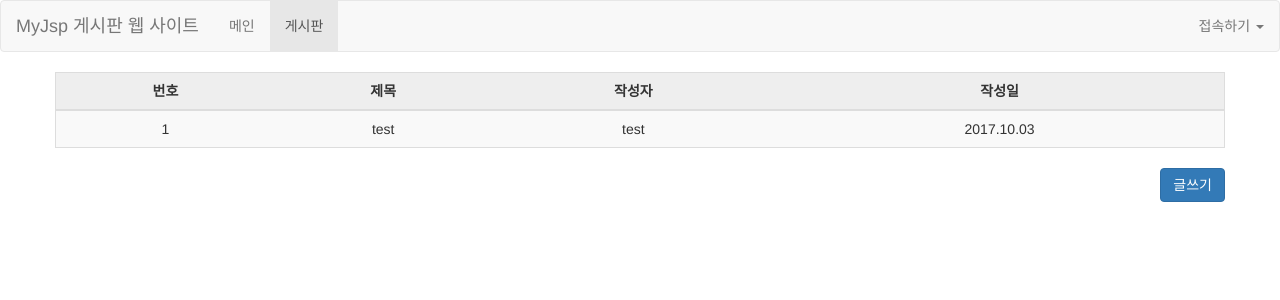
Repository: Ji3un/JspBoard
Page: http://localhost/BBS/write.jsp
These files come from the project's save history. The page is drawn as it stood at one moment and after the next save; the edit follows.
The browser window is 1280 px wide. The pictures show the whole page.
Some web libraries are served in a nearby version. The page is served by Tomcat 9.

Above is the page before, as saved 2017-10-03 12:59:06.

After the next save:
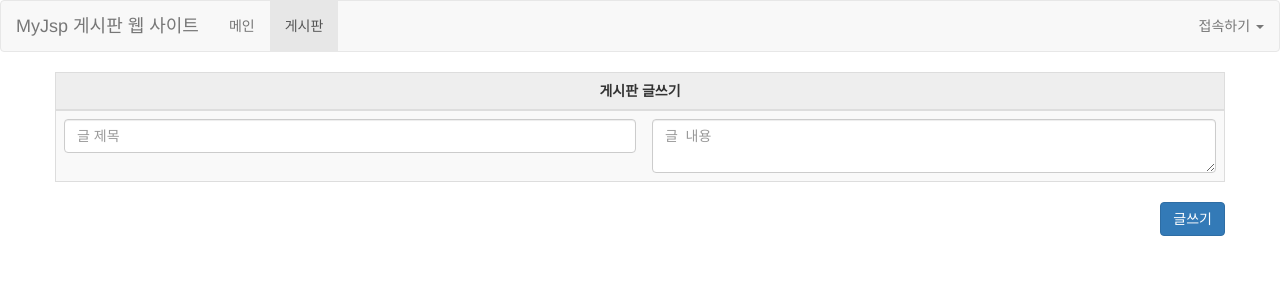
Saved 5 min 9 s later.
--- a/BBS/WebContent/write.jsp
+++ b/BBS/WebContent/write.jsp
@@ -67,18 +67,13 @@
 			<table class="table table-striped" style="text-align:center; border:1px solid #dddddd;">
 				<thead>
 					<tr>
-						<th style="background-color:#eeeeee; text-align:center;">번호</th>
-						<th style="background-color:#eeeeee; text-align:center;">제목</th>
-						<th style="background-color:#eeeeee; text-align:center;">작성자</th>
-						<th style="background-color:#eeeeee; text-align:center;">작성일</th>
+						<th colspan="2" style="background-color:#eeeeee; text-align:center;">게시판 글쓰기</th>
 					</tr>
 				</thead>
 				<tbody>
 					<tr>
-						<td>1</td>
-						<td>test</td>
-						<td>test</td>
-						<td>2017.10.03</td>
+						<td><input type="text" class="form-control" placeholder="글 제목" name="bbsTitle" maxlength="50" ></td>
+						<td><textarea type="text" class="form-control" placeholder="글  내용" name="bbsContent" maxlength="2048" ></textarea></td>
 					</tr>
 				</tbody>
 			</table>
